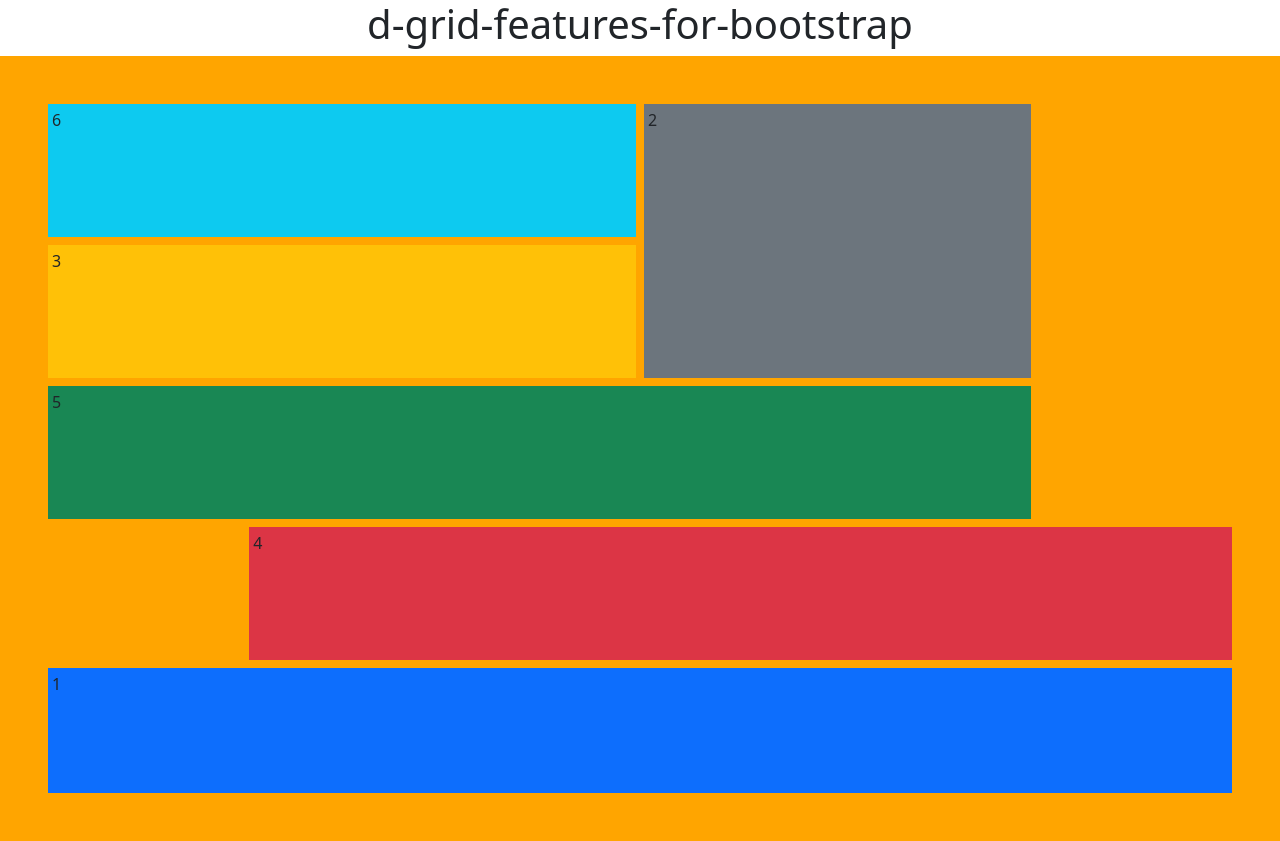
Repository: LynxPardelle/d-grid-features-for-bootstrap
Page: index.html
The author's editor kept a copy of each file at every save. The page is drawn from the files as they stood at one save, then again after the next save.
The browser window is 1280 px wide. The pictures show the whole page.

Above is the page before, as saved 2021-10-20 18:55:58.

After the next save:
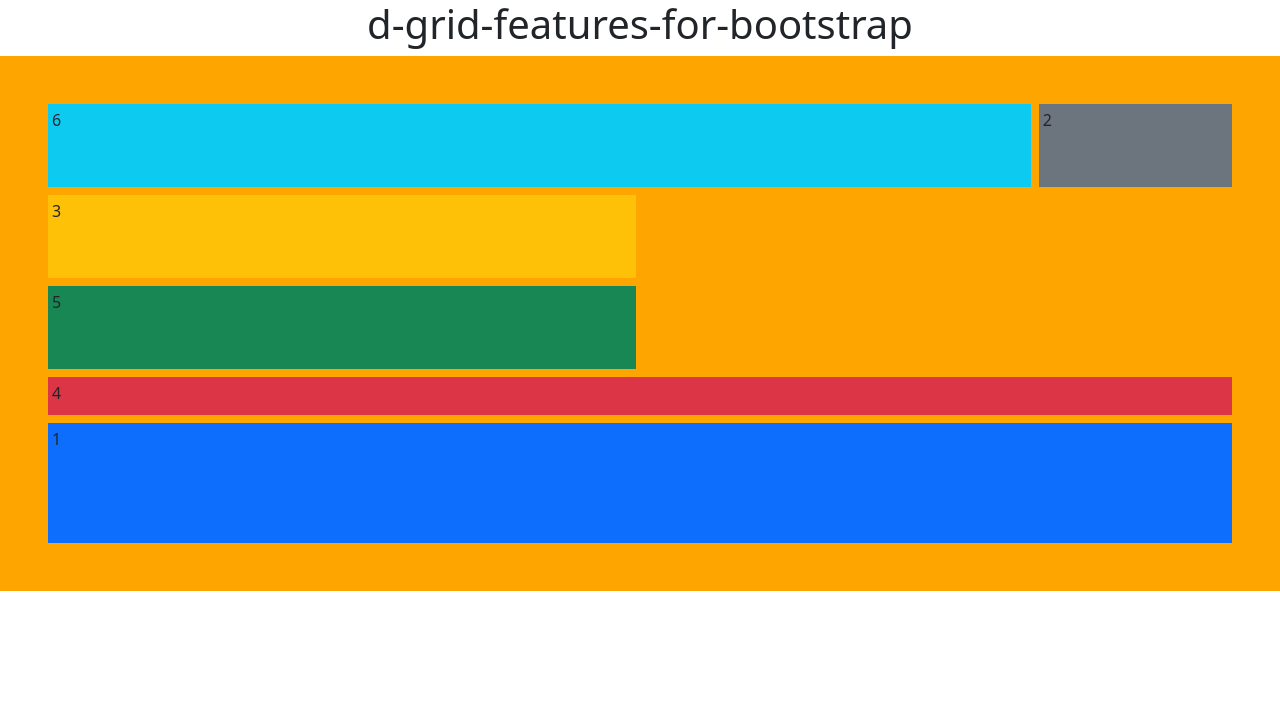
Saved 85 s later.
--- a/index.html
+++ b/index.html
@@ -40,17 +40,30 @@
       [row9-start] "g g g g" 50px [row9-end]
       / 1fr 2fr 2fr 1fr'
       data-gfbs-gt-md='
-      [row1-start] "a a b ." 37.5px [row1-end]
-      [row2-start] "a a b ." 37.5px [row2-end]
-      [row3-start] "c c b d" 37.5px [row3-end]
-      [row4-start] "c c b d" 37.5px [row4-end]
-      [row5-start] "e e e d" 37.5px [row5-end]
-      [row6-start] "e e e d" 37.5px [row6-end]
-      [row7-start] ". f f f" 37.5px [row7-end]
-      [row8-start] ". f f f" 37.5px [row8-end]
+      [row1-start] "a a a b" 37.5px [row1-end]
+      [row2-start] "a a a b" 37.5px [row2-end]
+      [row3-start] "c c d d" 37.5px [row3-end]
+      [row4-start] "c c d d" 37.5px [row4-end]
+      [row5-start] "e e d d" 37.5px [row5-end]
+      [row6-start] "e e d d" 37.5px [row6-end]
+      [row7-start] "f f f f" 37.5px [row7-end]
+      [row8-start] "g g g g" 37.5px [row8-end]
       [row9-start] "g g g g" 75px [row9-end]
       / 1fr 2fr 2fr 1fr'
-      data-gfbs-gt-lg='
+      data-gfbs-gt-xxl='
+      [row1-start] "a a b ." 87.5px [row1-end]
+      [row2-start] "a a b ." 87.5px [row2-end]
+      [row3-start] "c c b d" 87.5px [row3-end]
+      [row4-start] "c c b d" 87.5px [row4-end]
+      [row5-start] "e e e d" 87.5px [row5-end]
+      [row6-start] "e e e d" 87.5px [row6-end]
+      [row7-start] ". f f f" 87.5px [row7-end]
+      [row8-start] ". f f f" 87.5px [row8-end]
+      [row9-start] "g g g g" 150px [row9-end]
+      / 1fr 2fr 2fr 1fr'
+      data-gfbs-gap="0.5rem"
+      >
+      <!-- data-gfbs-gt-lg='
       [row1-start] "a a b ." 50px [row1-end]
       [row2-start] "a a b ." 50px [row2-end]
       [row3-start] "c c b d" 50px [row3-end]
@@ -71,20 +84,7 @@
       [row7-start] ". f f f" 62.5px [row7-end]
       [row8-start] ". f f f" 62.5px [row8-end]
       [row9-start] "g g g g" 125px [row9-end]
-      / 1fr 2fr 2fr 1fr'
-      data-gfbs-gt-xxl='
-      [row1-start] "a a b ." 87.5px [row1-end]
-      [row2-start] "a a b ." 87.5px [row2-end]
-      [row3-start] "c c b d" 87.5px [row3-end]
-      [row4-start] "c c b d" 87.5px [row4-end]
-      [row5-start] "e e e d" 87.5px [row5-end]
-      [row6-start] "e e e d" 87.5px [row6-end]
-      [row7-start] ". f f f" 87.5px [row7-end]
-      [row8-start] ". f f f" 87.5px [row8-end]
-      [row9-start] "g g g g" 150px [row9-end]
-      / 1fr 2fr 2fr 1fr'
-      data-gfbs-gap="0.5rem"
-      >
+      / 1fr 2fr 2fr 1fr' -->
       <!-- data-gfbs-cg="1rem"
       data-gfbs-rg="1rem" -->
     <div data-gfbs data-gfbs-iga="a" data-gfbs-iga-sm="g" class="bg-primary p-1">

After the save that followed:
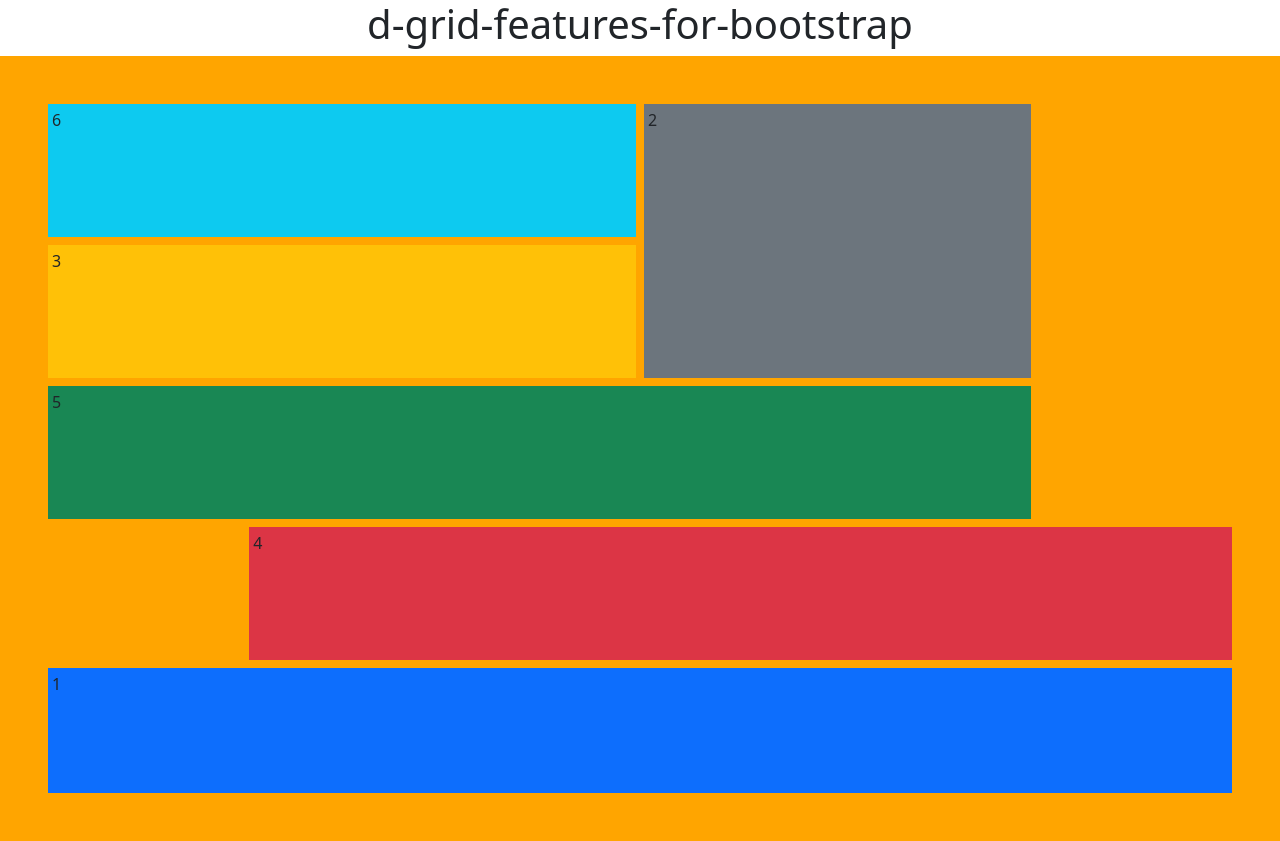
Saved 96 s later.
--- a/index.html
+++ b/index.html
@@ -50,20 +50,7 @@
       [row8-start] "g g g g" 37.5px [row8-end]
       [row9-start] "g g g g" 75px [row9-end]
       / 1fr 2fr 2fr 1fr'
-      data-gfbs-gt-xxl='
-      [row1-start] "a a b ." 87.5px [row1-end]
-      [row2-start] "a a b ." 87.5px [row2-end]
-      [row3-start] "c c b d" 87.5px [row3-end]
-      [row4-start] "c c b d" 87.5px [row4-end]
-      [row5-start] "e e e d" 87.5px [row5-end]
-      [row6-start] "e e e d" 87.5px [row6-end]
-      [row7-start] ". f f f" 87.5px [row7-end]
-      [row8-start] ". f f f" 87.5px [row8-end]
-      [row9-start] "g g g g" 150px [row9-end]
-      / 1fr 2fr 2fr 1fr'
-      data-gfbs-gap="0.5rem"
-      >
-      <!-- data-gfbs-gt-lg='
+      data-gfbs-gt-lg='
       [row1-start] "a a b ." 50px [row1-end]
       [row2-start] "a a b ." 50px [row2-end]
       [row3-start] "c c b d" 50px [row3-end]
@@ -84,7 +71,20 @@
       [row7-start] ". f f f" 62.5px [row7-end]
       [row8-start] ". f f f" 62.5px [row8-end]
       [row9-start] "g g g g" 125px [row9-end]
-      / 1fr 2fr 2fr 1fr' -->
+      / 1fr 2fr 2fr 1fr'
+      data-gfbs-gt-xxl='
+      [row1-start] "a a b ." 87.5px [row1-end]
+      [row2-start] "a a b ." 87.5px [row2-end]
+      [row3-start] "c c b d" 87.5px [row3-end]
+      [row4-start] "c c b d" 87.5px [row4-end]
+      [row5-start] "e e e d" 87.5px [row5-end]
+      [row6-start] "e e e d" 87.5px [row6-end]
+      [row7-start] ". f f f" 87.5px [row7-end]
+      [row8-start] ". f f f" 87.5px [row8-end]
+      [row9-start] "g g g g" 150px [row9-end]
+      / 1fr 2fr 2fr 1fr'
+      data-gfbs-gap="0.5rem"
+      >
       <!-- data-gfbs-cg="1rem"
       data-gfbs-rg="1rem" -->
     <div data-gfbs data-gfbs-iga="a" data-gfbs-iga-sm="g" class="bg-primary p-1">
